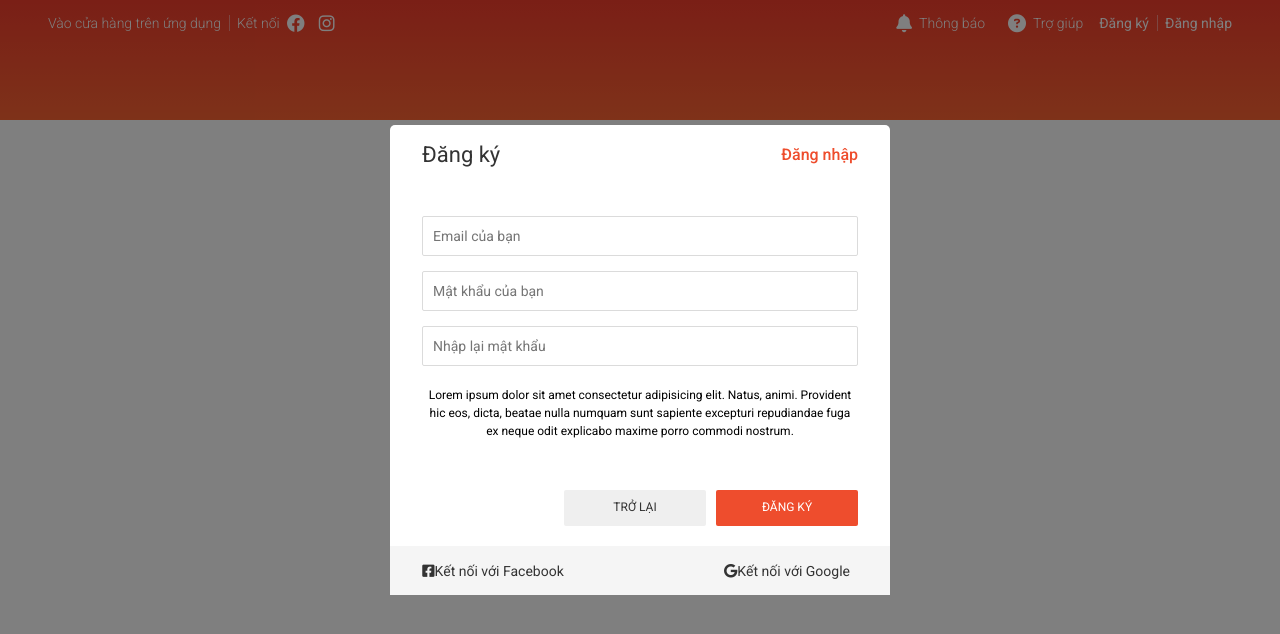
Repository: dptuyen1/F8-Tutorial
Page: index.html
The author's editor kept a copy of each file at every save. The page is drawn from the files as they stood at one save, then again after a run of saves.
The browser window is 1280 px wide. The pictures show the whole page.

Above is the page before, as saved 2023-05-08 18:10:14.

After the next 2 saves:
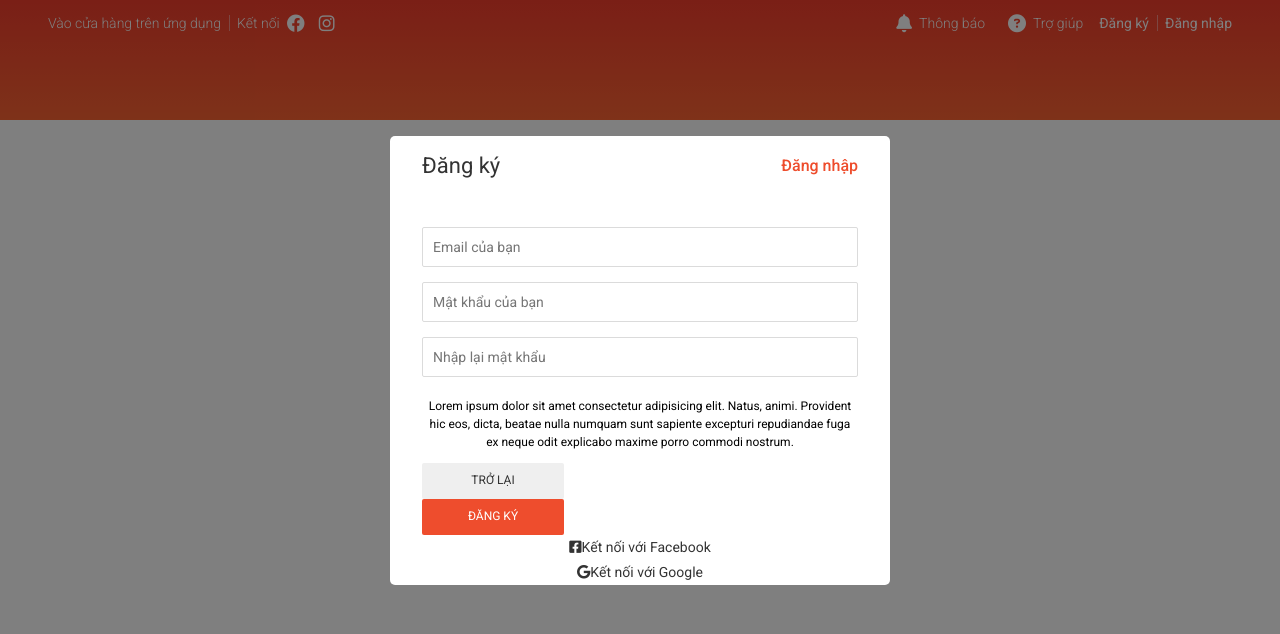
The 2 saves are shown as one change because they came seconds apart.
The last was saved 8 s later.
--- a/index.html
+++ b/index.html
@@ -210,13 +210,13 @@
                 maxime porro commodi nostrum.
               </p>
             </div>
-            <div class="auth-form_controls">
+            <div class="auth-form__controls">
               <button class="btn btn--back">TRỞ LẠI</button>
               <button class="btn btn--primary">ĐĂNG KÝ</button>
             </div>
           </div>
 
-          <div class="auth-form_socials">
+          <div class="auth-form__socials">
             <a href="" class="btn btn--size-s btn--with-icon">
               <i
                 class="auth-form_socials-icon fa-brands fa-square-facebook"

After the 2 saves that followed:
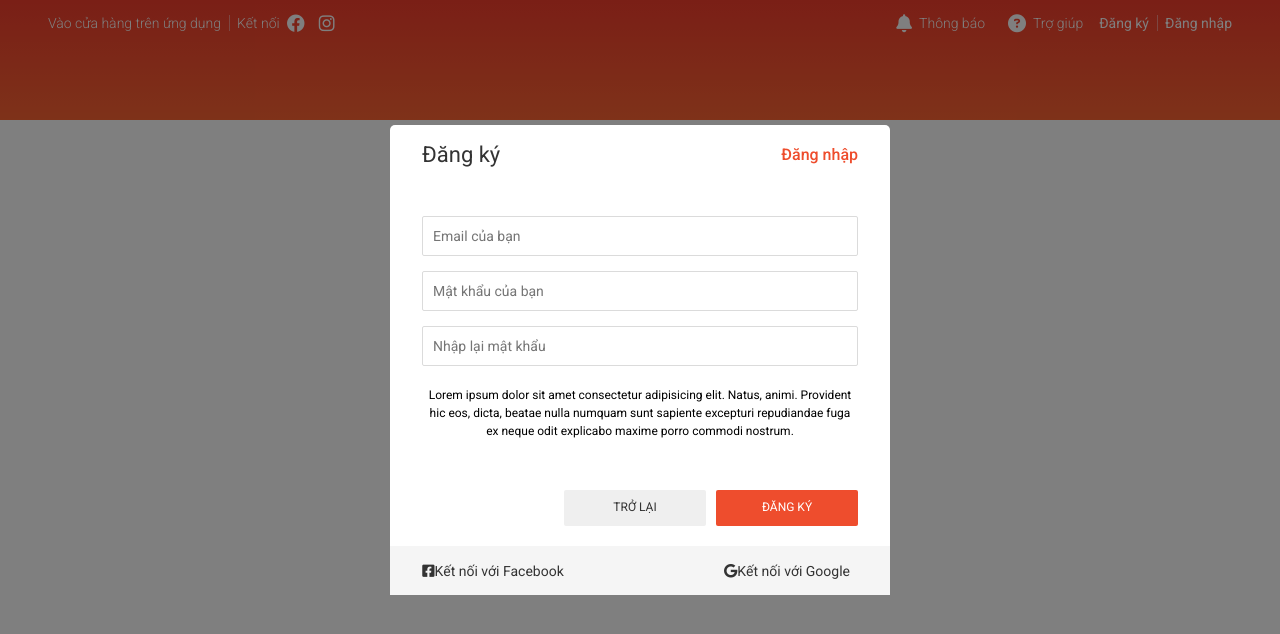
The 2 saves are shown as one change because they came seconds apart.
The last was saved 11 s later.
--- a/assets/css/main.css
+++ b/assets/css/main.css
@@ -295,7 +295,7 @@
   text-align: center;
 }
 
-.auth-form_controls {
+.auth-form__controls {
   margin-top: 50px;
   margin-bottom: 20px;
   display: flex;
@@ -312,7 +312,7 @@
 .btn--primary {
 }
 
-.auth-form_socials {
+.auth-form__socials {
   background-color: #f5f5f5;
   padding: 12px 32px;
   display: flex;
